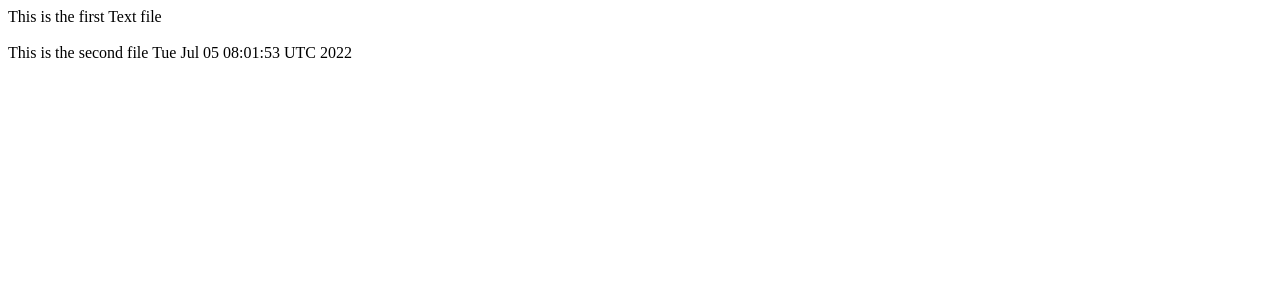
Repository: gkalivar/Java-projects
Page: http://localhost/ClassNo3/Parameter.jsp
These files come from the project's save history. The page is drawn as it stood at one moment and after the next save; the edit follows.
The browser window is 1280 px wide. The pictures show the whole page.
The page is served by Tomcat 10. Other server files are loaded and not shown.

Above is the page before, as saved 2022-07-07 14:01:37.

### ClassNo3/src/main/webapp/Parameter.jsp
<%@ page language="java" contentType="text/html; charset=ISO-8859-1"
    pageEncoding="ISO-8859-1"%>
<!DOCTYPE html>
<html>
<head>
<meta charset="ISO-8859-1">
<title>JSP. Parameter validation</title>
</head>
<body>


<!-- For static content -->
<%@ include file = "File1.txt" %>


<br>
<br>

<!-- For dynamic content -->
<jsp:include page="Text2.txt"></jsp:include>


<% out.print(new java.util.Date()); %>


</body>
</html>

### ClassNo3/src/main/webapp/File1.txt
This is the first Text file

Loaded but not shown: ClassNo3/src/main/webapp/Text2.txt (common file)

After the next save:
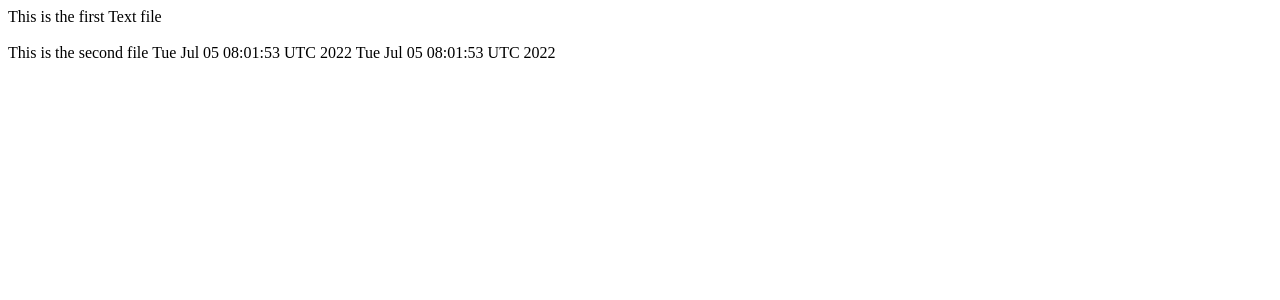
Saved 20 s later.
--- a/ClassNo3/src/main/webapp/Parameter.jsp
+++ b/ClassNo3/src/main/webapp/Parameter.jsp
@@ -23,5 +23,9 @@
 <% out.print(new java.util.Date()); %>
 
 
+<%@ page import="java.util.Date" %>
+<%= new Date() %>
+
+
 </body>
 </html>
